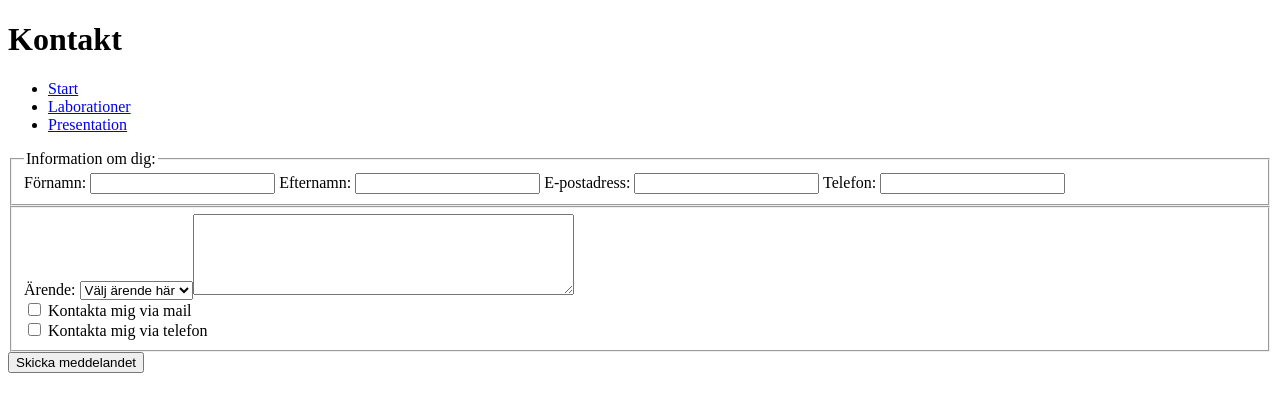
Repository: Martin-Carlsson85/HTML-och-CSS
Page: pages/kontakt.html
The author's editor kept a record of every edit. The page is drawn from the files as they stood at one moment, then again after the next edit.
The browser window is 1280 px wide. The pictures show the whole page.

Above is the page before.

After the next edit:
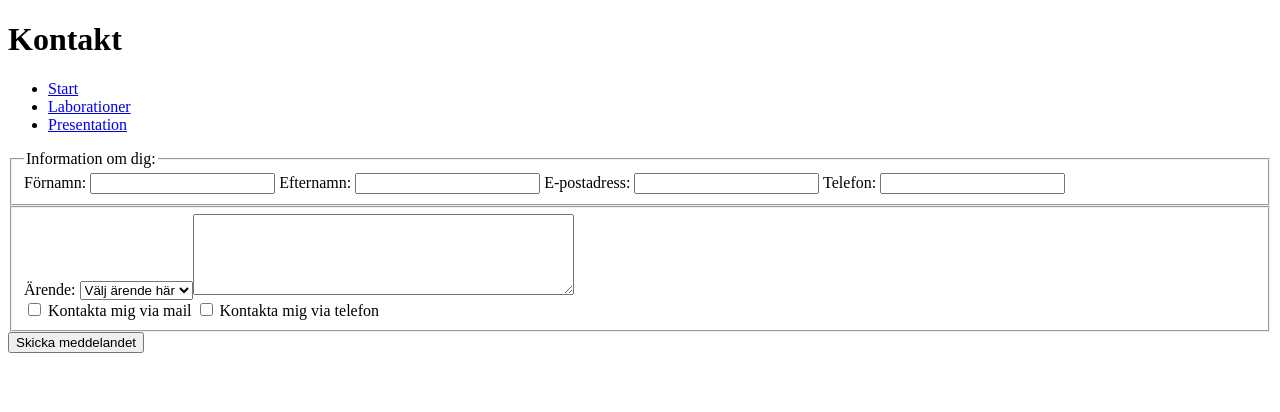
The edit:
--- a/pages/kontakt.html
+++ b/pages/kontakt.html
@@ -48,7 +48,7 @@
 <textarea name="meddelande" id="meddelande" cols="45" rows="5"></textarea> <br />
 
 <input type="checkbox" name="favoritarstid" id="sommar" value="sommar"/>
-<label for="sommar">Kontakta mig via mail</label> <br />
+<label for="sommar">Kontakta mig via mail</label>
 
 <input type="checkbox" name="favoritarstid" id="host" value="host"/>
 <label for="host">Kontakta mig via telefon</label> <br />
